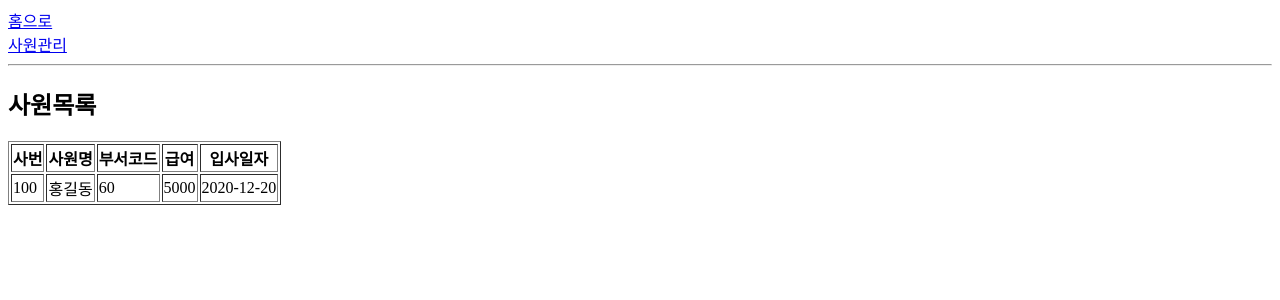
Repository: tnalss/studyWeb
Page: http://localhost/servlet02/employee/emp_list
An editor plug-in stored every save of this project. The page is shown before and after the next save, followed by the edit.
The browser window is 1280 px wide. The pictures show the whole page.
The page is served by Tomcat 9. Other server files are loaded and not shown. Queries for data that is not in the repository find no rows.

Above is the page before, as saved 2022-11-10 07:22:05.

### workspace/servlet02/src/main/java/hr/EmployeeListServlet.java
package hr;

import java.io.IOException;
import java.io.PrintWriter;
import java.sql.Connection;
import java.sql.DriverManager;
import java.sql.PreparedStatement;
import java.sql.ResultSet;

import javax.servlet.ServletException;
import javax.servlet.annotation.WebServlet;
import javax.servlet.http.HttpServlet;
import javax.servlet.http.HttpServletRequest;
import javax.servlet.http.HttpServletResponse;

@WebServlet("/employee/emp_list")
public class EmployeeListServlet extends HttpServlet {
	private static final long serialVersionUID = 1L;
	protected void service(HttpServletRequest request, HttpServletResponse response) throws ServletException, IOException {
		response.setContentType("text/html; charset=utf-8");

		PrintWriter out = response.getWriter();

		out.print("<html>");
		out.print("<body>");

		out.print("<div><a href='../'>홈으로</a></div>");
		out.print("<div><a href='index.html'>사원관리</a></div>");
		out.print("<hr>");
		out.print("<h2>사원목록</h2>");
		out.print("<table border='1'>");
		out.print("<tr><th>사번</th><th>사원명</th><th>부서코드</th><th>급여</th>"
				+ "<th>입사일자</th></tr>");

		Connection conn=null;
		PreparedStatement ps = null;
		ResultSet rs = null;
		try {
			Class.forName("oracle.jdbc.driver.OracleDriver");
			conn = DriverManager.getConnection("jdbc:oracle:thin:@localhost:1521:xe","hr","0000");
			String sql = "SELECT * FROM employees";

			ps = conn.prepareStatement(sql);


			out.printf("<tr><td>%d</td><td>%s</td><td>%d</td><td>%d</td><td>%s</td></tr>"
					,100, "홍길동",60,5000,"2020-12-20");



		} catch (Exception e) {
			System.out.println(e.getMessage());
		}




		out.print("</table>");
		out.print("</body>");
		out.print("</html>");


	}

}

After the next save:
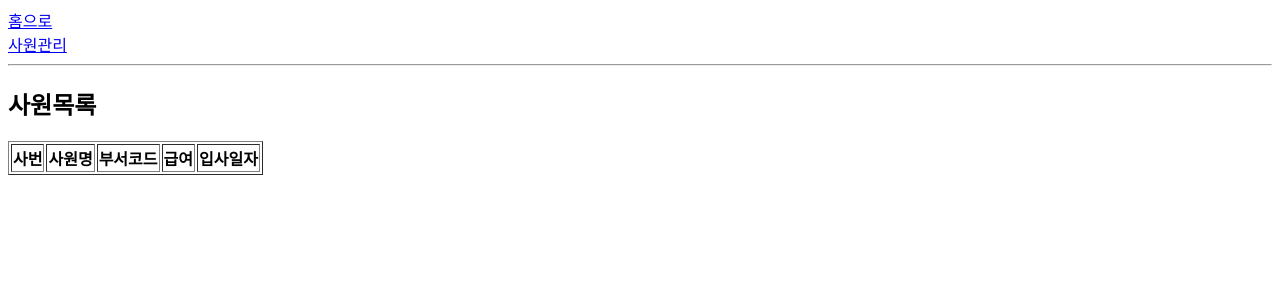
Saved 2 min 35 s later.
--- a/workspace/servlet02/src/main/java/hr/EmployeeListServlet.java
+++ b/workspace/servlet02/src/main/java/hr/EmployeeListServlet.java
@@ -41,15 +41,20 @@ public class EmployeeListServlet extends HttpServlet {
 			String sql = "SELECT * FROM employees";
 
 			ps = conn.prepareStatement(sql);
+			rs = ps.executeQuery();
 
-
+			while ( rs.next()) {
 			out.printf("<tr><td>%d</td><td>%s</td><td>%d</td><td>%d</td><td>%s</td></tr>"
 					,100, "홍길동",60,5000,"2020-12-20");
 
-
+			}
 
 		} catch (Exception e) {
 			System.out.println(e.getMessage());
+		} finally {
+			if (conn!=null) { try{conn.close();}catch(Exception e) {} }
+			if (rs!=null) { try{rs.close();}catch(Exception e) {} }
+			if (ps!=null) { try{ps.close();}catch(Exception e) {} }
 		}
 
 
